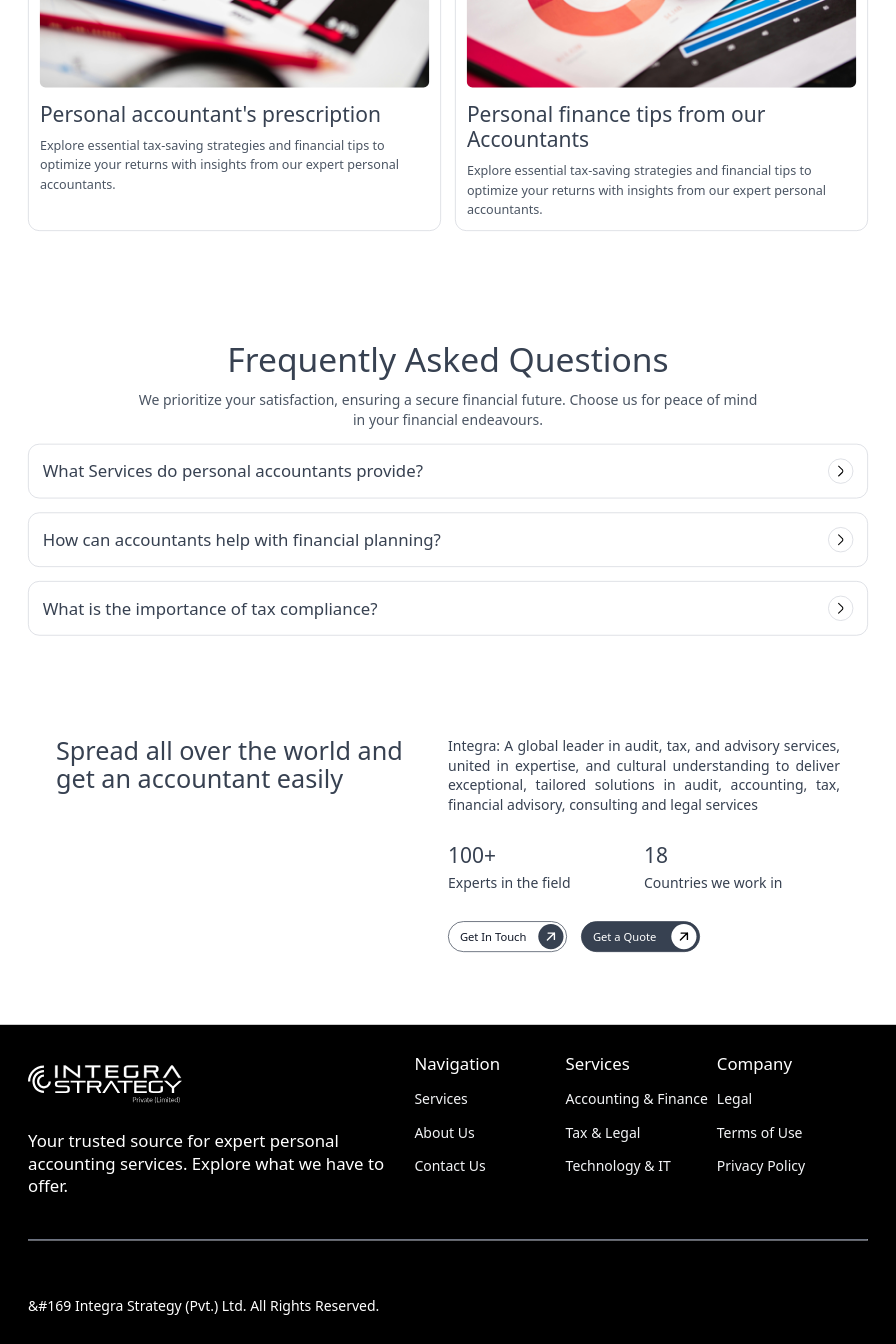
Repository: vespersolutionspk18/integrast-website
Page: /
These files come from the project's save history. The page is drawn as it stood at one moment and after the next save; the edit follows.
The browser window is 1280 px wide. The pictures show the part of the page from y = 2900 to 4820 px (the page is 4820 px tall), at 70% of full size.
The project was rebuilt for these pictures with package versions that can differ from the ones it lists, and the page was loaded fresh each time. The framework's server and built-in components were replaced by stand-ins that run in the browser. Also part of the build but not shown: next.config.ts.

Above is the page before, as saved 2024-12-12 15:40:38.

After the next save:
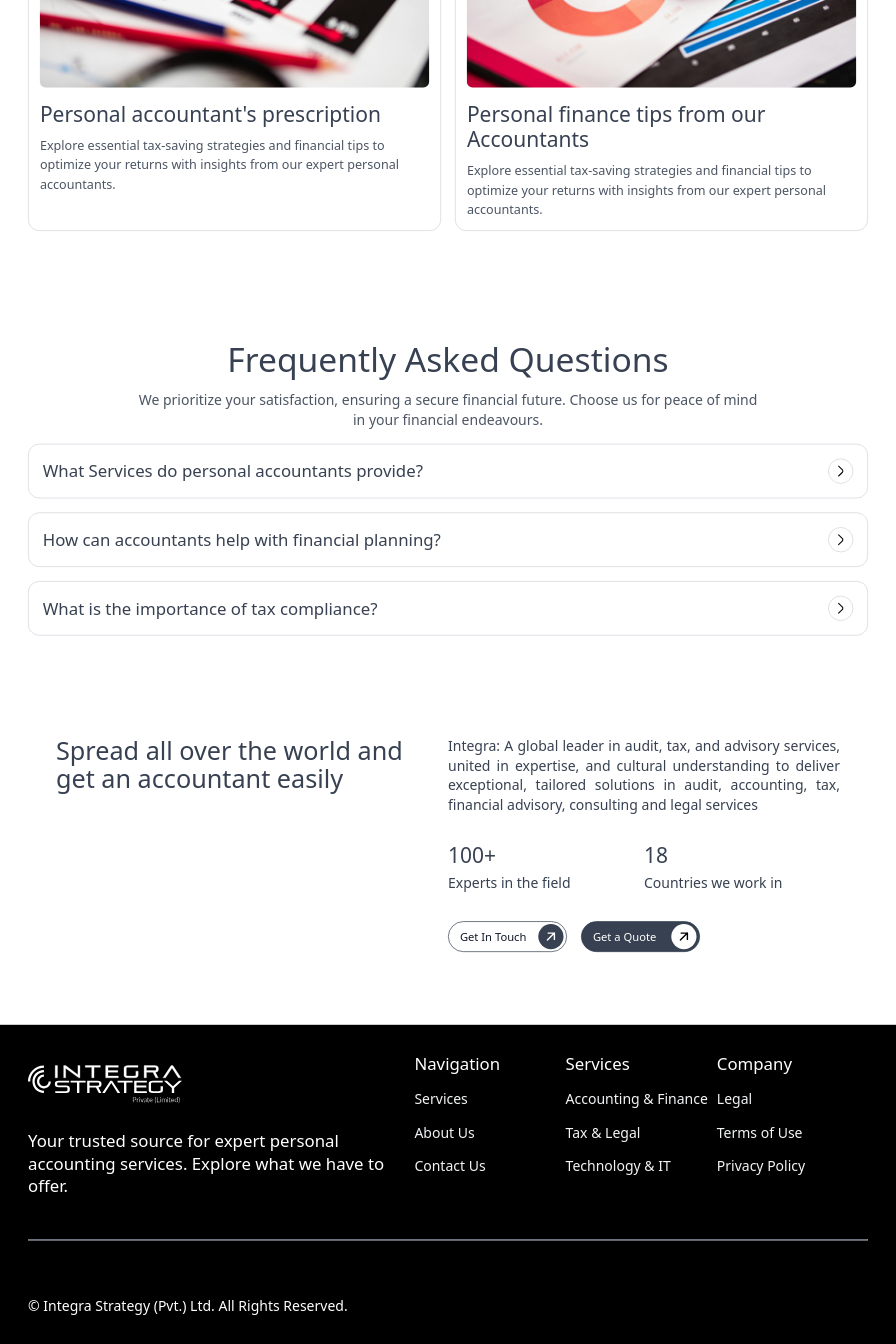
Saved 17 s later.
--- a/app/Footer.tsx
+++ b/app/Footer.tsx
@@ -39,7 +39,7 @@
         <Separator className="border-gray-500 border-[0.5px]" />
         </div>
         <div className="p-10 font-light font-sans text-white text-xl">
-        &#169 Integra Strategy (Pvt.) Ltd. All Rights Reserved.
+        &#169; Integra Strategy (Pvt.) Ltd. All Rights Reserved.
         </div>
     </div>
   )
